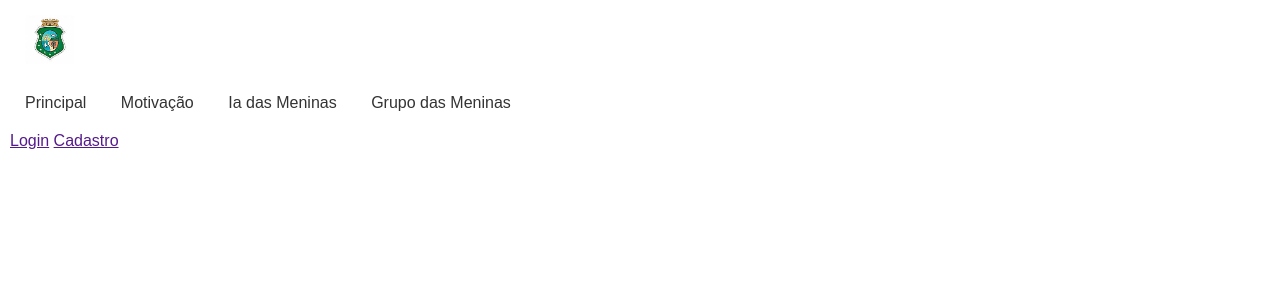
Repository: joaobatistafrontend/pref
Page: http://localhost/
The author's editor kept a copy of each file at every save. The page is drawn from the files as they stood at one save, then again after the next save.
The browser window is 1280 px wide. The pictures show the whole page.
The page is served by the project's application, run on Django 4.2 (manage.py).

Above is the page before, as saved 2024-07-26 14:42:12.

After the next save:
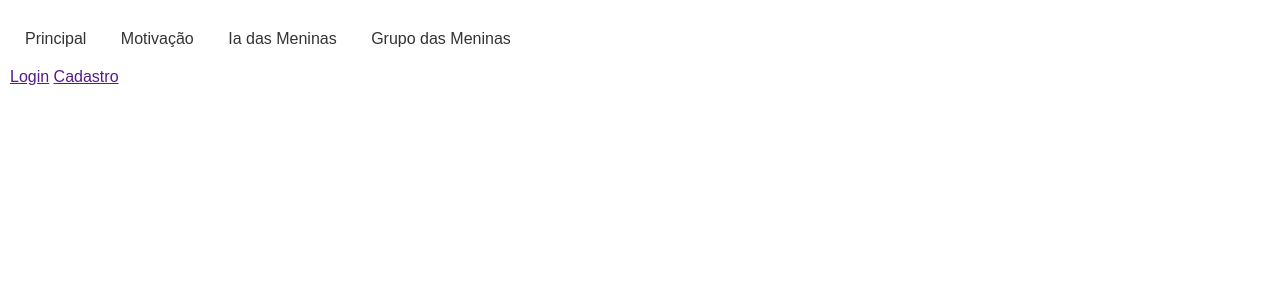
Saved 71 s later.
--- a/templates/index.html
+++ b/templates/index.html
@@ -11,7 +11,6 @@
 <body>
     <div class="hero" >
         <nav>
-            <img src="{% static 'img/logo.jpg' %}" class="logo">
             <ul>
                 <li><a href="">Principal</a></li>
                 <li><a href="">Motivação</a></li>
